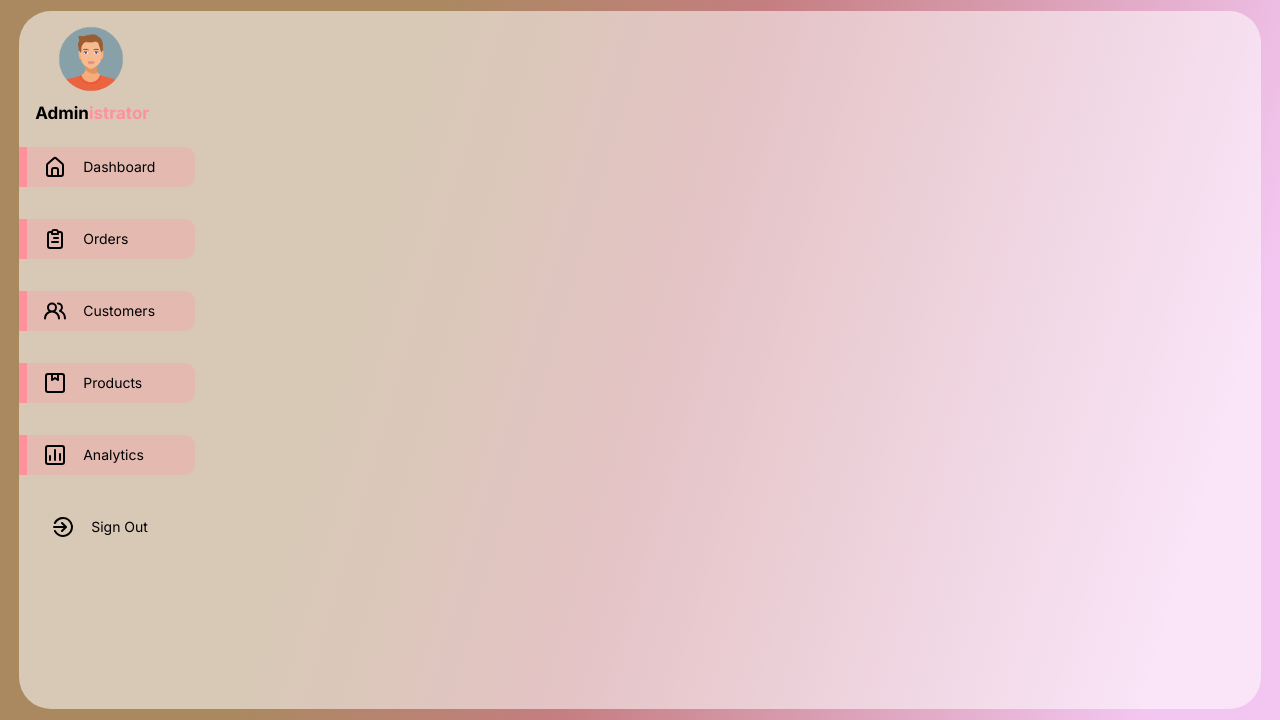
Repository: Zeeohn/react-admin-dash1
Page: /
These files come from the project's save history. The page is drawn as it stood at one moment and after the next save; the edit follows.
The browser window is 1280 px wide. The pictures show the whole page.
The pointer rests on the first visible `.signOut`.
The project was rebuilt for these pictures with package versions that can differ from the ones it lists, and the page was loaded fresh each time.

Above is the page before, as saved 2022-05-20 12:57:15.

After the next save:
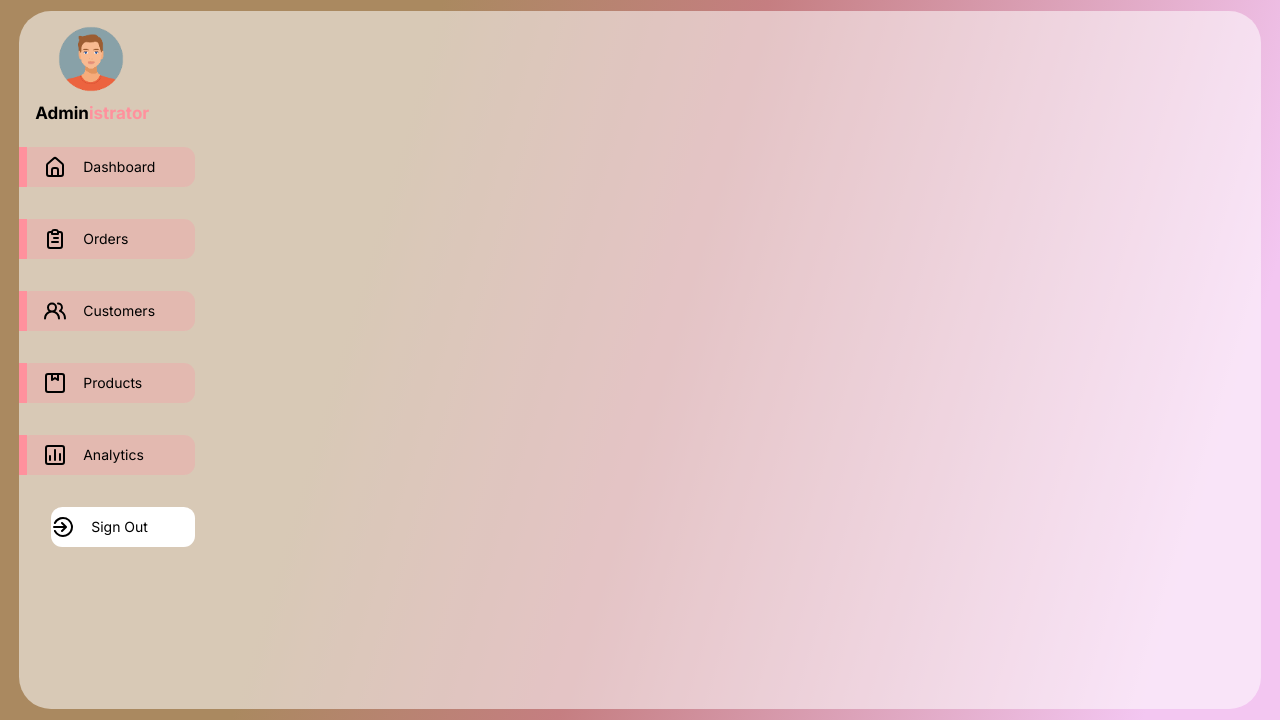
Saved 2 min 8 s later.
--- a/src/components/sidebar/Sidebar.css
+++ b/src/components/sidebar/Sidebar.css
@@ -70,3 +70,8 @@
   height: 100%;
   background: var(--pink);
 }
+
+.signOut:hover {
+  background: white;
+  transition: ease-out;
+}
